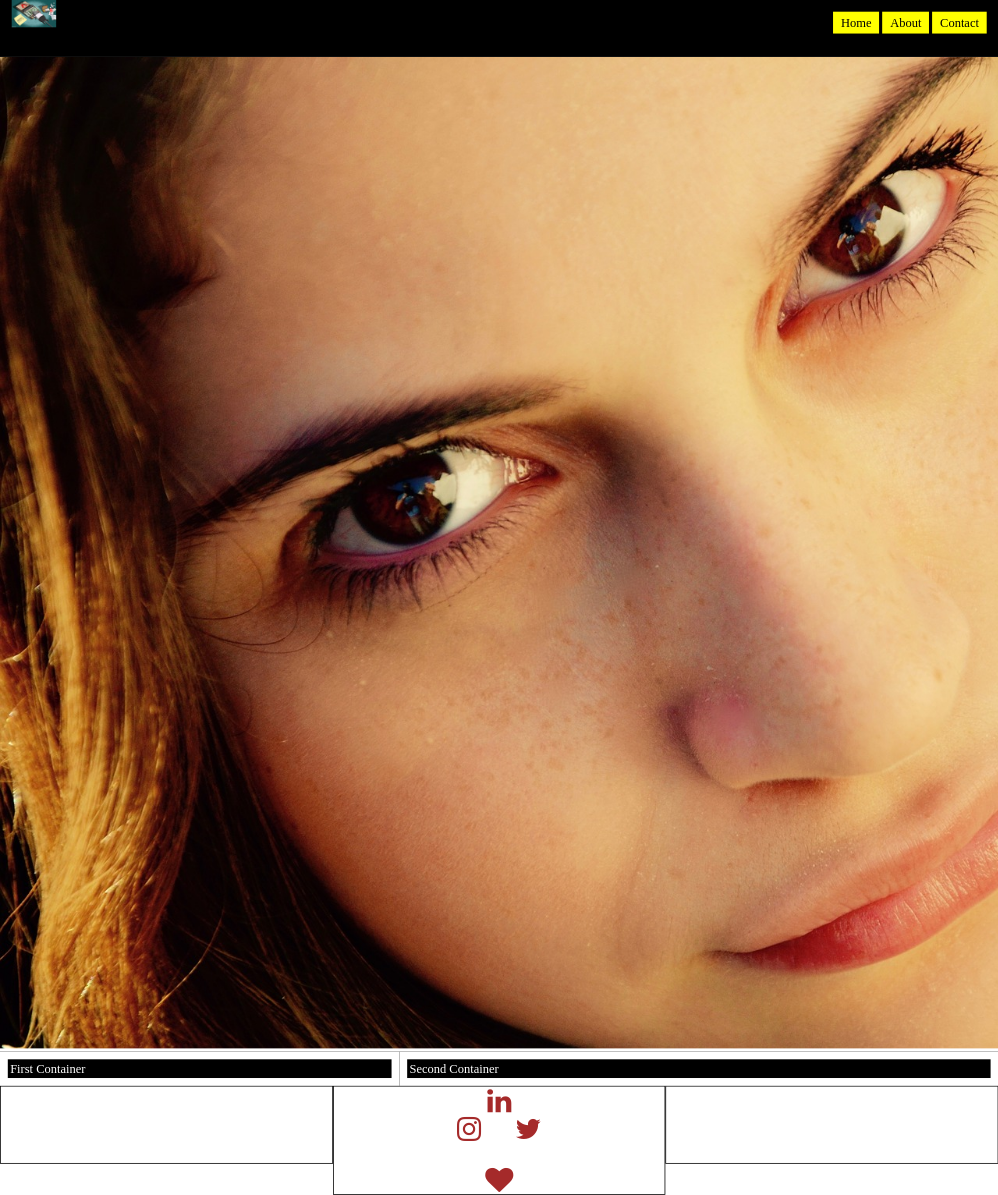
Repository: bitmogram/practicingcards
Page: about.html
The author's editor kept a record of every edit. The page is drawn from the files as they stood at one moment, then again after the next edit.
The browser window is 1280 px wide. The pictures show the whole page, at 78% of full size.

Above is the page before.

### about.html
<!DOCTYPE html>
<html lang="en">
<head>
	<meta charset="UTF-8">
	<meta name="viewport" content="width=device-width, initial-scale=1.0">
	<meta http-equiv="X-UA-Compatible" content="ie=edge">
	<meta name="author" content="Maurice Graham">
	<meta name="keywords" content="animals, animal, zoo, pets, zoo">
	<meta name="description" content="Amazing Animals">
	<link rel="stylesheet" href="css/font-awesome.min.css" type="text/css">
	<link rel="stylesheet" href="css/styles.css" type="text/css">
	<link rel="stylesheet" href="css/about.css" type="text/css">
	<title>Amazing Animals</title>
</head>
<body>
	<!-- Header -->

	<header>
		<nav class="clearfix">
			<img class="brand pull-left" src="img/money-trap.jpg" alt="Money Trap">
			<ul class="nav-links pull-right">
				<li><a href="index.html">Home</a></li>
				<li><a href="#">About</a></li>
				<li><a href="contact.html">Contact</a></li>
			</ul>
		</nav>
	</header>

	<!-- /Header -->

	<!--Main Content-->

	<main class="about-container clear-float">
	<img src="img/face.jpg" alt="face">
		<div class="about-child-one pull-left">First Container
		</div>

		<div class="about-child-two">Second Container
		</div>
	</main>

<!--/Main Content -->

	<!--Footer -->
		<!--Four Social Media Icons-->

	<footer>
		<section class= "pull-left"></section>
		<section class= "pull-left">
			<div class="i-container centered">
				<i class="icon fa fa-linkedin" aria-hidden="true"></i>
				<div class="clearfix">
					<i class="icon pull-left fa fa-instagram" aria-hidden="true"></i>
					<i class="icon pull-right fa fa-twitter" aria-hidden="true"></i>
				</div>
				<i class="icon fa fa-heart" aria-hidden="true"></i>
			</div>
		</section>
		<section class= "pull-left"></section>


	</footer>

	<!-- /Footer-->

</body>
</html>

### css/styles.css
* {
    margin: 0;
    padding: 0;
    box-sizing: border-box;
}

/*Helper Classes*/
.clearfix::after {
  content: "";
  display: block;
  clear: both;
  padding: 15px;
}
.pull-left {
    float: left;
}
.pull-right {
    float:right;
}

.text-centered {
    text-align: center;
}

.card h1, .card p {
    margin-top: 30px;
    padding: 15px;
}

.centered {
    margin: 0 auto;
}
/*/Helper Classes*/

/*Header*/
nav {
    background-color: black;
    padding: 0 15px;
}
.brand {
    height: 35px;
}
.nav-links {
    list-style-type: none;
    margin-top: 15px;
}
.nav-links li {
    display: inline-block;
    background-color: yellow;
    padding: 5px 10px;
}
.nav-links li a {
    text-decoration: none;
    color: #000;
}

/*/Header*/
footer section {
    min-height: 100px;
    width: calc(100% / 3);
    border: 1px solid #000;
}
.i-container {
    text-align: center;
    width: 108px;
}

.box {
    height: 50px;
    width: 50px;
    background-color: #000;
}

.icon {
    font-size: 36px;
    color: brown;

}

/*/Footer*/


/*Hero Section*/

.hero {
    height: 700px;
    background-image: url("../img/lion-girl.jpg");
    background-position: center center;
    background-size: 100%;
    /*opacity: .2;*/
}

.banner {
    padding: 10px 15px;
    background-color: rgba(0, 0, 0, .4);
    color:; #cacaca;
    display: inline-block;
    margin: 75px 75px 75px 75px;
    font-size: 200%;
    text-shadow: 4px 6px 8px #cacaca;
}

.card {
    /*width: calc(60% / 3);*/
    width: 20%;
    margin: 75px 0 75px 10%;
    /*margin: 75px 0px 75px calc(40% / 4);*/
    /*height: 350px;*/
    background-color: #d3d3d3;
    box-shadow:5px 7px 5px #000;
}

.card img {
    height: 95px;
    display: block;
    border-radius: 20%;
    box-shadow: 3px 4px 4px #000;
    margin: 20px 50px 20px calc(100% / 4);
}
/*/Hero Section*/


.about-container {
    /*opacity: .2;*/
    width: 100%;
    height: auto;
    border: 20px 25px;
    overflow: auto;

}

.about-child-one {
    background-color: black;
    padding: 3px;
    border: 10px solid;
    border-color: white;
    float: left;
    width: 40%;
    height: auto;
    color: white;
}

.about-child-two {
    background-color: black;
    padding: 3px;
    border: 10px solid;
    border-color: white;
    float: left;
    width: 60%;
    height: auto;
    color: white;
}
.clear-float {
    overflow: auto;
    clear: both;
}


.about-child-two iframe {
    width: 560px;
    height: 560px;
}

Loaded but not shown: css/font-awesome.min.css (library); css/about.css (no stored copy; drawn as an empty file)

After the next edit:
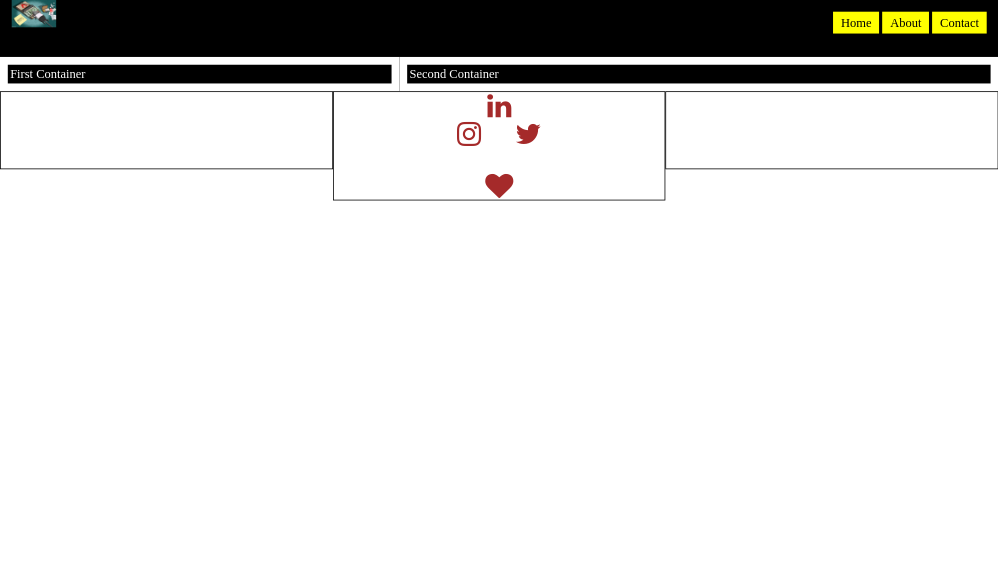
The edit:
--- a/about.html
+++ b/about.html
@@ -31,8 +31,7 @@
 	<!--Main Content-->
 
 	<main class="about-container clear-float">
-	<img src="img/face.jpg" alt="face">
-		<div class="about-child-one pull-left">First Container
+		<div class="about-child-one">First Container
 		</div>
 
 		<div class="about-child-two">Second Container

After the edit that followed:
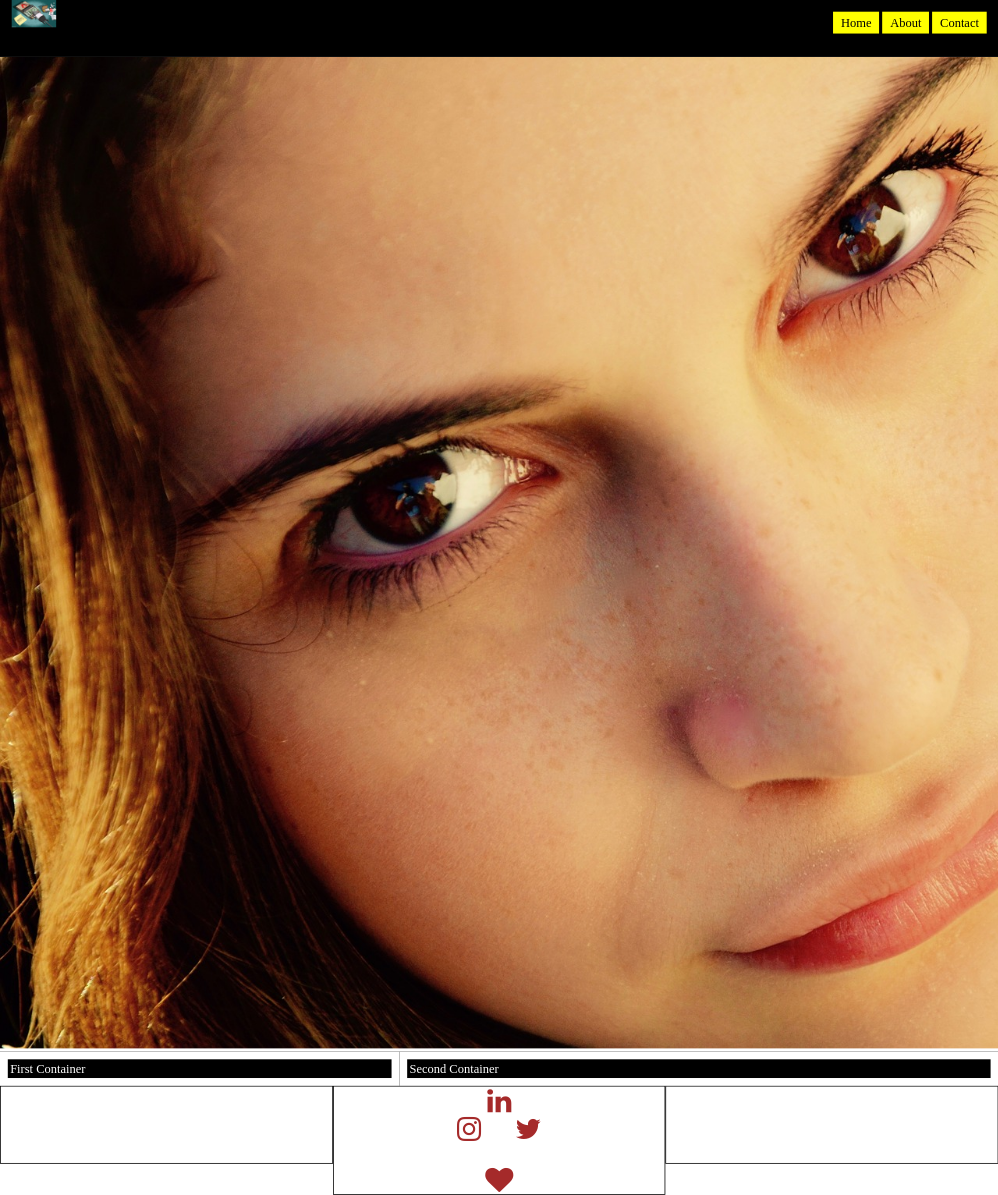
The edit:
--- a/about.html
+++ b/about.html
@@ -31,12 +31,15 @@
 	<!--Main Content-->
 
 	<main class="about-container clear-float">
+						<img src="img/face.jpg" alt="face">
+
 		<div class="about-child-one">First Container
 		</div>
 
 		<div class="about-child-two">Second Container
 		</div>
 	</main>
+
 
 <!--/Main Content -->
 
